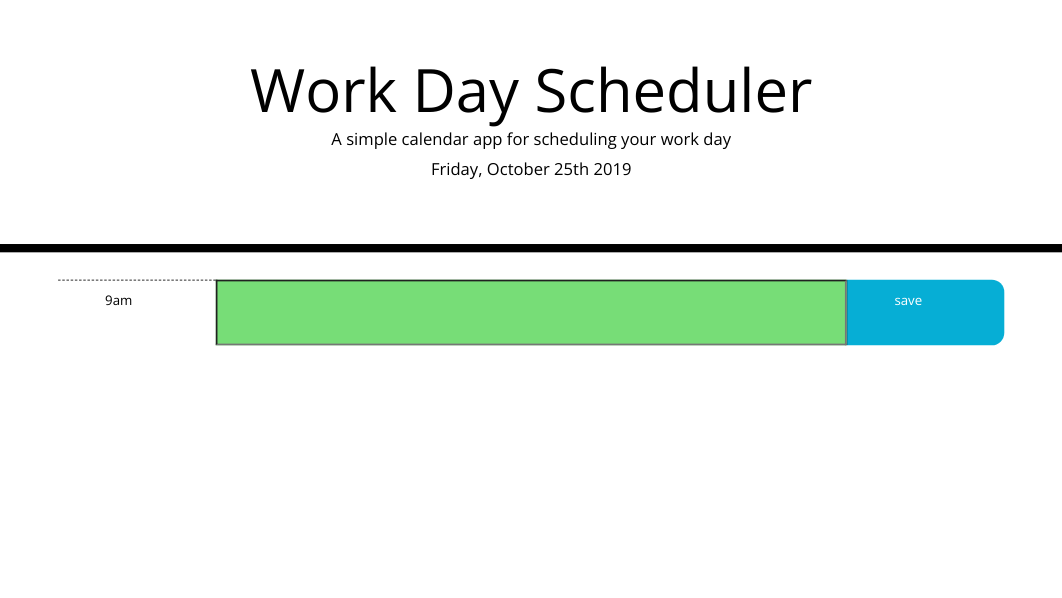
Repository: s88leigh/Day-Planner
Page: Develop/index.html
An editor plug-in stored every save of this project. The page is shown before and after a run of saves, followed by the edit.
The browser window is 1280 px wide. The pictures show the whole page, at 83% of full size.
Some web libraries are served in a nearby version.

Above is the page before, as saved 2019-10-25 21:38:19.
Console error: TypeError: saveButton.type is not a function

After the next 3 saves:
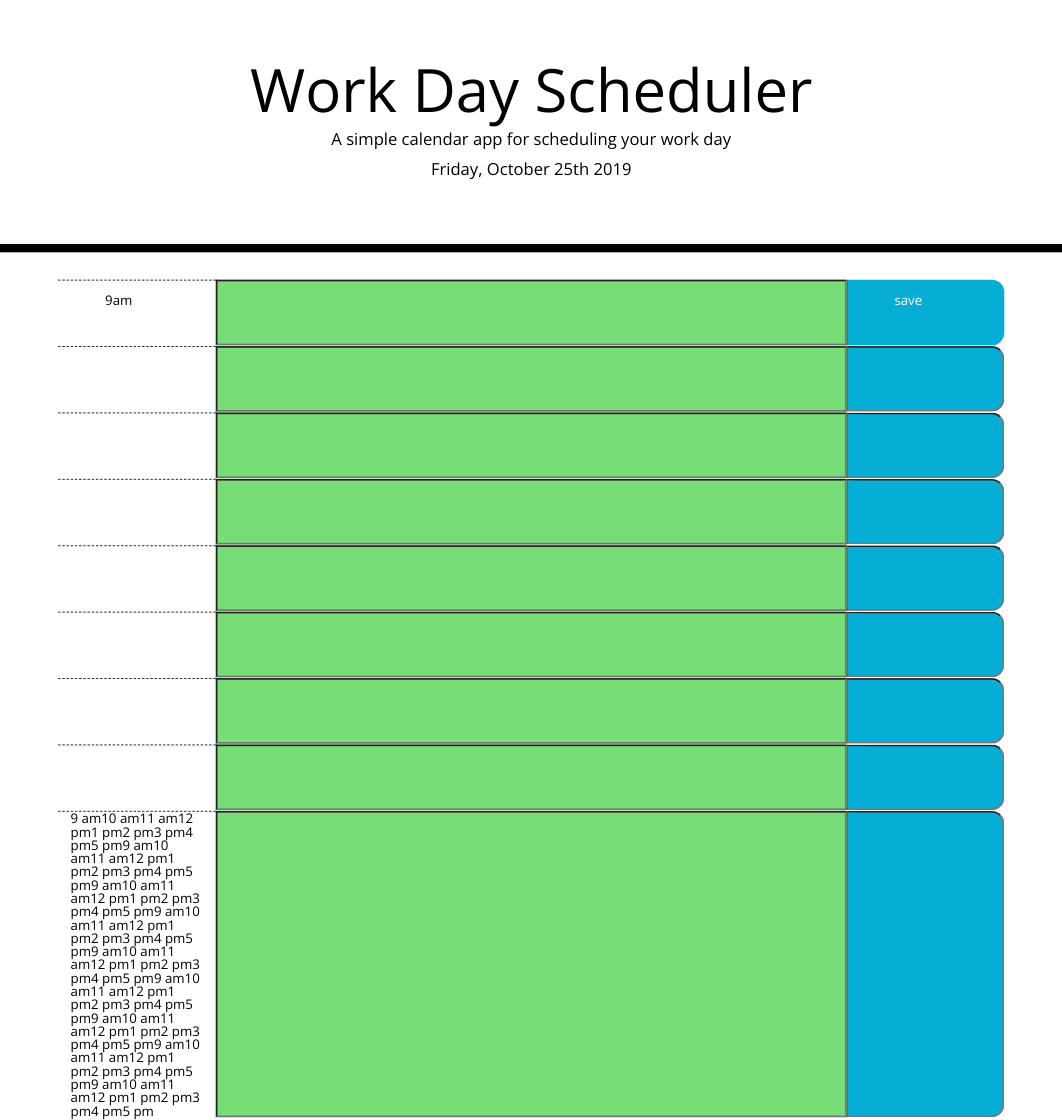
The error is gone.
The 3 saves are shown as one change because they came seconds apart.
The last was saved 3 min 1 s later.
--- a/Develop/script.js
+++ b/Develop/script.js
@@ -17,7 +17,6 @@ for(i = startTime; i < endTime; i++) {
 
 
     saveButton = $("<input>");
-    saveButton.type("submit")
     saveButton.addClass("col-2 saveBtn");
     saveButton.addClass("saveBtn i:hover");
 
